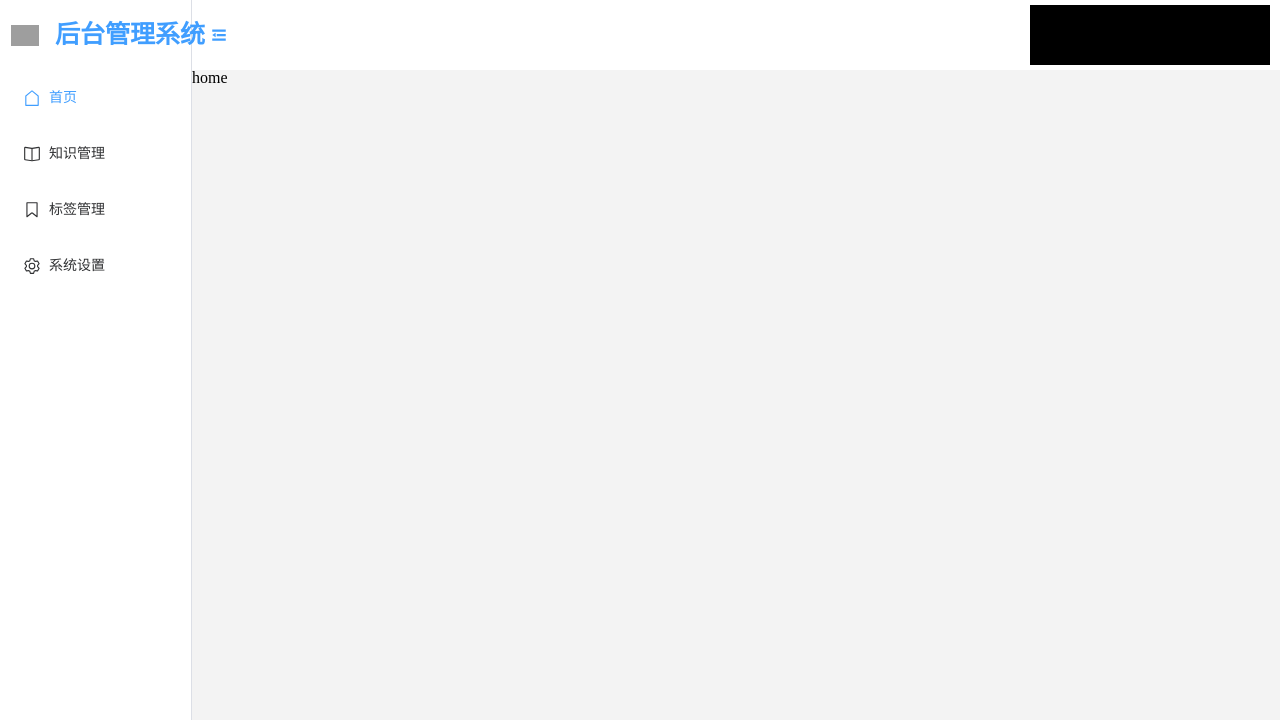
Repository: serrrN/admin
Page: /
An editor plug-in stored every save of this project. The page is shown before and after the next save, followed by the edit.
The browser window is 1280 px wide. The pictures show the whole page.
Pictures or frames that could not be fetched are drawn as grey boxes. The project was rebuilt for these pictures with package versions that can differ from the ones it lists, and the page was loaded fresh each time. Also part of the build but not shown: vite.config.ts, src/styles/index.scss.

Above is the page before, as saved 2024-06-05 16:57:30.

### src/main.ts
import { createApp } from 'vue'
import App from './App.vue'
import ElementPlus from 'element-plus'
import zhCn from 'element-plus/es/locale/lang/zh-cn'
import * as ElementPlusIconsVue from '@element-plus/icons-vue'
import router from './router'
import 'reset-css'
import './styles/index.scss'
import pinia from '@/store/index'
const app = createApp(App)
for (const [key, component] of Object.entries(ElementPlusIconsVue)) {
  app.component(key, component)
}
app.use(pinia)
app.use(ElementPlus, { locale: zhCn })
app.use(router)
app.mount('#app')

### src/App.vue
<script setup lang="ts"></script>

<template>
  <router-view></router-view>
</template>

<style>
* {
  box-sizing: border-box;
}
#app,
html,
body {
  width: 100%;
  height: 100%;
}
</style>

### src/router/index.ts
import { createRouter, createWebHistory } from 'vue-router'
import routes from './routes'
const router = createRouter({
  history: createWebHistory(),
  routes,
})
export default router

### src/router/routes.ts
const routes = [
  {
    path: '/',
    name: 'home',
    redirect: '/home',
    component: () => import('@/layout/index.vue'),
    children: [
      {
        path: '/home',
        component: () => import('@/views/home/index.vue'),
      },
      {
        path: '/knowledgeManage',
        component: () => import('@/views/knowledgeManage/index.vue'),
      },
      {
        path: '/tagManage',
        component: () => import('@/views/tagManage/index.vue'),
      },
      {
        path: "/systemSetting",
        component:()=>import("@/views/systemSetting/index.vue")
      }
    ],
  },
]

export default routes

### src/styles/variable.scss
//主题色
$theme-color:rgb(64, 158, 255);

// 布局容器左边宽度
$layout-container-left-max-width:15%;

// 布局容器左边塌陷后宽度
$layout-container-left-min-width:3.79%;

// 布局容器头部高度
$layout-container-header-height:70px;

### src/layout/index.vue
<template>
  <div class="layout-container">
    <div :class="systemStore.isCollapse?'left left-collapse':'left'" >
      <Menu />
    </div>
    <div :class="systemStore.isCollapse?'right right-collapse':'right'">
      <div class="header"><Header /></div>
      <div class="main"><Main/></div>
    </div>
  </div>
</template>

<script lang="ts" setup>
import Menu from './menu/index.vue'
import Header from './header/index.vue'
import Main from './main/index.vue'

import {useSystemStore} from "@/store/modules/system"
const systemStore = useSystemStore()
</script>

<style scoped lang="scss">
.layout-container {
  width: 100%;
  height: 100%;
  display: flex;
  background-color: #f3f3f3;
  .left {
    height: 100%;
    width: $layout-container-left-max-width;
    transition: all linear 0.5s;
  }
  .left-collapse{
    width:$layout-container-left-min-width;
  }
  .right {
    width: calc(100% - $layout-container-left-max-width);
    transition: all linear 0.5s;
    .header {
      width: 100%;
      height: $layout-container-header-height;
      display: flex;
      justify-content:flex-end;
      background-color: white;
    }
    .main {
      height: calc(100% - $layout-container-header-height);
      width: calc(100%);
    }
  }
  .right-collapse{
    width:calc(100% - $layout-container-left-min-width);
  }

}
</style>

### src/views/home/index.vue
<template>
home
</template>
<script setup lang="ts">

</script>
<style lang="scss" scoped>

</style>

### src/layout/menu/index.vue
<template>
  <el-menu
    default-active="home"
    :class="systemStore.isCollapse?'el-menu-vertical-collapse':'el-menu-vertical'"
    :collapse="systemStore.isCollapse"
    :router="true"
    collapse-transition
    @open="handleOpen"
    @close="handleClose"
  >
    <div class="header">
      <div class="manage-msg" v-show="!systemStore.isCollapse">
        <div class="logo-wrapped">
          <img src="/vite.svg" class="logo" alt="Vite logo" />
        </div>
        <div class="name">后台管理系统</div>
      </div>
      <div class="fold-icon-wrapped" @click="handleCollapse">
        <el-icon size="18" color="rgb(64, 158, 255)">
          <component :is="systemStore.isCollapse?'Expand':'Fold'"></component>
        </el-icon>
      </div>
    </div>

    <el-menu-item index="home">
      <el-icon><House /></el-icon>
      <template #title>首页</template>
    </el-menu-item>
    <el-menu-item index="knowledgeManage">
      <el-icon><reading /></el-icon>
      <template #title>知识管理</template>
    </el-menu-item>
    <el-menu-item index="tagManage">
      <el-icon><CollectionTag /></el-icon>
      <template #title>标签管理</template>
    </el-menu-item>
    <el-menu-item index="systemSetting">
      <el-icon><setting /></el-icon>
      <template #title>系统设置</template>
    </el-menu-item>
  </el-menu>
</template>

<script lang="ts" setup>
import {useSystemStore} from "@/store/modules/system"
const systemStore = useSystemStore()

const handleOpen = (key: string, keyPath: string[]) => {
  console.log(key, keyPath)
}
const handleClose = (key: string, keyPath: string[]) => {
  console.log(key, keyPath)
}
const handleCollapse = () => {
  systemStore.isCollapse = !systemStore.isCollapse

}
</script>

<style lang="scss" scoped>
.el-menu {
  height: 100%;
  // 管理系统菜单头部(展示名字和logo)
  .header {
    display: flex;
    height: 70px;
    line-height: 70px;
    justify-content: space-between;
    transition: all 1s;
    //管理系统信息
    .manage-msg {
      display: flex;
      // logo容器
      .logo-wrapped {
        line-height: 50px;
        height: 100%;
        display: flex;
        align-items: center;
        justify-content: center;
        width: 50px;
        .logo {
          width: 28px;
        }
      }
      // 管理系统名称
      .name {
        text-align: center;
        font-size: 25px;
        width: 160px;
        color: $theme-color;
        font-weight: 600;
      }
    }

    // 折叠图标容器
    .fold-icon-wrapped {
      width: 100%;
      display: flex;
      align-items: center;
      justify-content: center;
    }
  }

  //菜单名称
  .el-menu-item span {
    color: rgb(48, 49, 51);
    font-weight: 400;
    font-size: 17px;
    line-height: 56px;
    font-family: 'Helvetica Neue', Helvetica, 'PingFang SC', 'Hiragino';
  }
}
// 菜单不处于塌陷状态
.el-menu-vertical:not(.el-menu--collapse) {
  width: 100%;
  min-height: 100%;
  min-width: 20%;
}


</style>

### src/layout/header/index.vue
<template>
  <Menu/>
</template>
<script setup lang="ts">
// import Tabs from './tabs/index.vue'
import Menu from './menu/index.vue'
</script>
<style lang="scss" scoped></style>

### src/layout/main/index.vue
<template>
  <router-view></router-view>
</template>
<script setup lang="ts"></script>
<style lang="scss" scoped></style>

### src/store/modules/system.ts
import { defineStore } from 'pinia'
import { ref } from 'vue'
export const useSystemStore = defineStore('system', () => {
  const isCollapse = ref(false)

  return { isCollapse }
})

### src/layout/header/menu/index.vue
<template>
  <div class="header-menu"></div>
</template>
<script setup lang="ts"></script>
<style lang="scss" scoped>
.header-menu {
  width: calc(240px);
  height: calc(60px);
  background-color: black;
  display: flex;
  justify-content: center;
  align-items: center;
  cursor: pointer;
  position: relative;
  transition: all linear 0.3s;
  margin-right: 10px;
  margin-top: 5px;
  &::before {
    content: '';
    width: calc(240px + 10px);
    height: calc(60px + 10px);
    background-image: linear-gradient(
      90deg,
      #00c0ff 0%,
      #ffcf00 49%,
      #fc4f4f 80%,
      #00c0ff 100%
    );
    display: flex;
    align-items: center;
    justify-content: center;
    visibility: hidden;
  }
}
.header-menu:hover {
  &::before{
    visibility: visible;
  }
}
</style>

Loaded but not shown: index.html (common file); src/store/index.ts (common file)

After the next save:
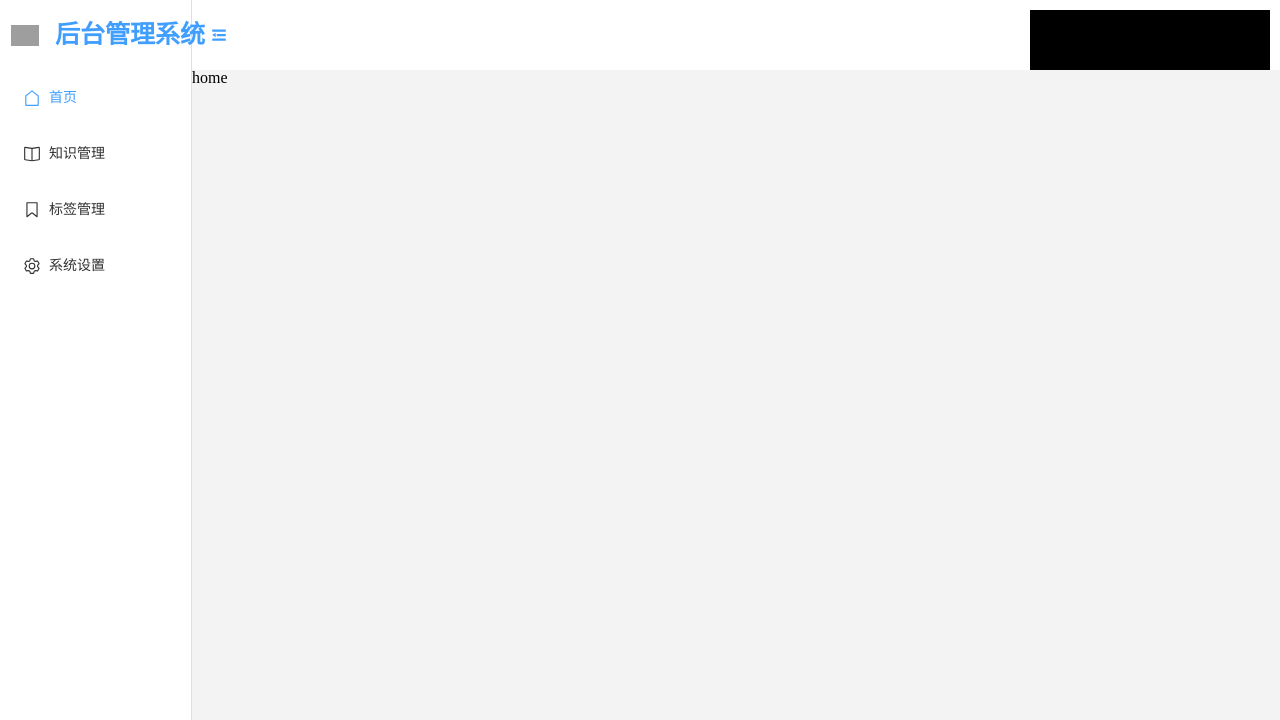
Saved 9 s later.
--- a/src/layout/header/menu/index.vue
+++ b/src/layout/header/menu/index.vue
@@ -14,7 +14,7 @@
   position: relative;
   transition: all linear 0.3s;
   margin-right: 10px;
-  margin-top: 5px;
+  margin-top: 10px;
   &::before {
     content: '';
     width: calc(240px + 10px);
